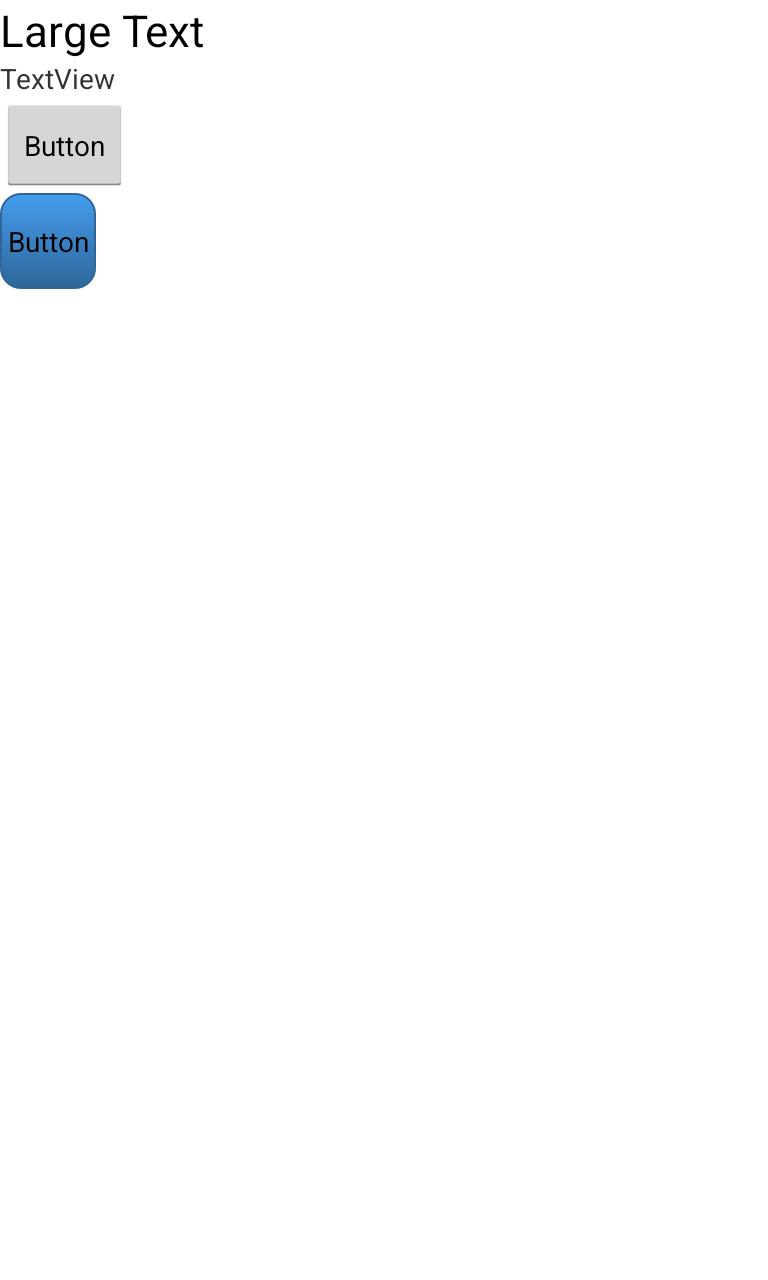
Repository: pcombi/android_dev
Layout: EnglishGrammar/res/layout/tests.xml
These files come from the project's save history. The layout is drawn as it stood at one moment and after the next save; the edit follows.
It is drawn on a 768 x 1280 px phone screen (xhdpi) without system bars, with theme AppTheme; the app's code is not run.

Above is the layout before, as saved 2012-12-27 01:30:16.

After the next save:
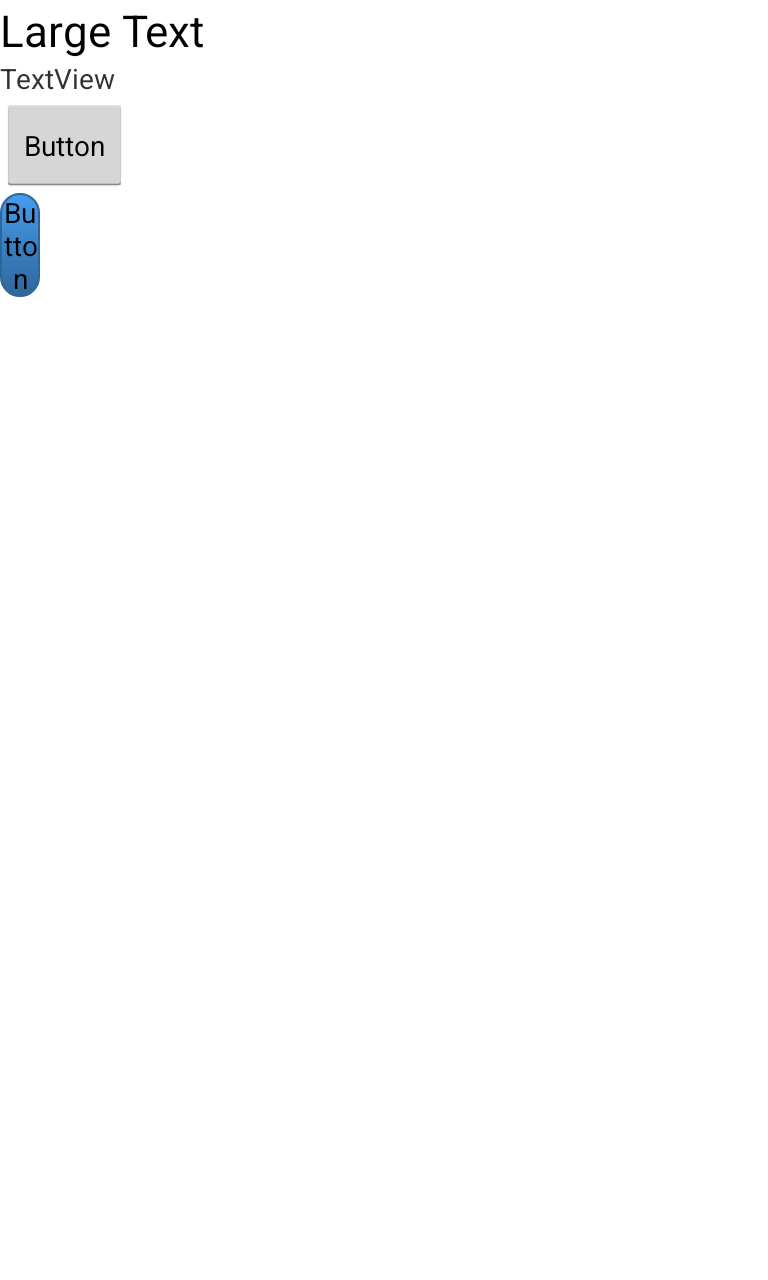
Saved 72 s later.
--- a/EnglishGrammar/res/layout/tests.xml
+++ b/EnglishGrammar/res/layout/tests.xml
@@ -27,7 +27,7 @@
     <Button
         android:id="@+id/button1"
         style="?android:attr/buttonStyleSmall"
-        android:layout_width="wrap_content"
+        android:layout_width="20dp"
         android:layout_height="wrap_content"
         android:background="@drawable/btn_blue"
         android:text="Button" />
